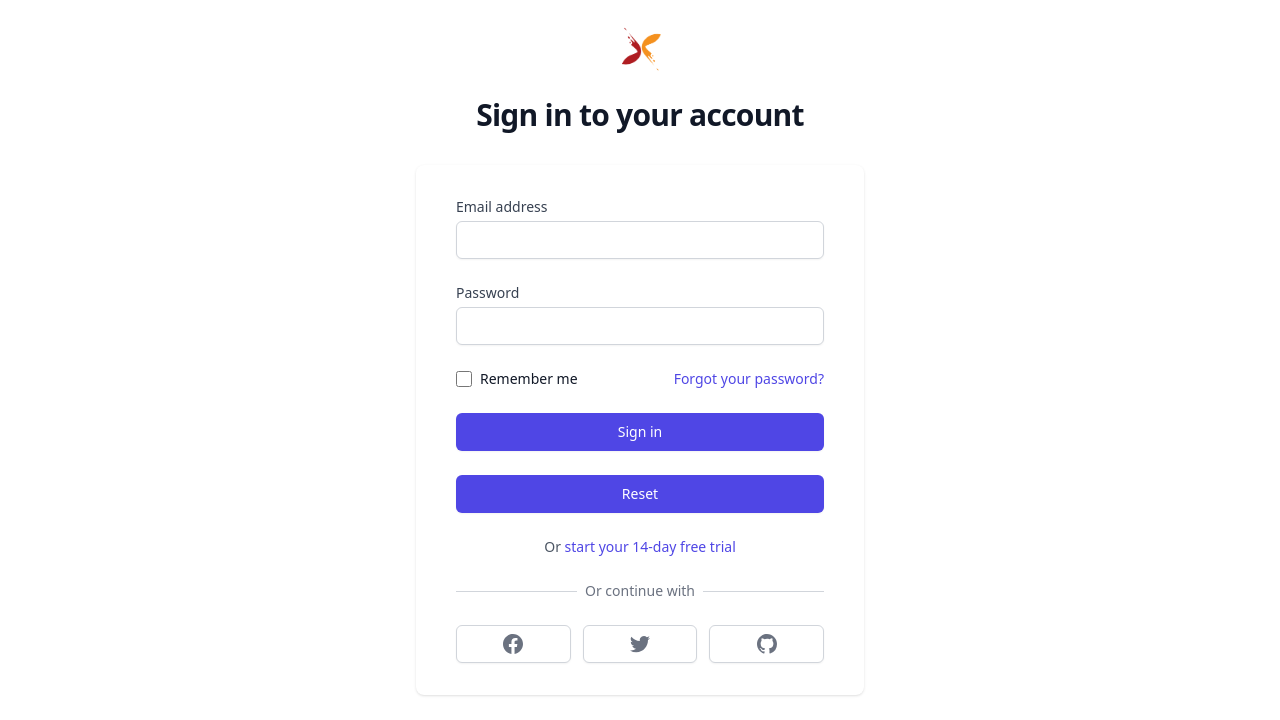
Repository: VinceBrun/medical-web3-app
Page: /login
These files come from the project's save history. The page is drawn as it stood at one moment and after a run of saves; the edit follows.
The browser window is 1280 px wide. The pictures show the whole page.
The project was rebuilt for these pictures with package versions that can differ from the ones it lists, and the page was loaded fresh each time. The framework's server and built-in components were replaced by stand-ins that run in the browser. Also part of the build but not shown: next.config.js.

Above is the page before, as saved 2023-01-16 18:51:24.

After the next 2 saves:
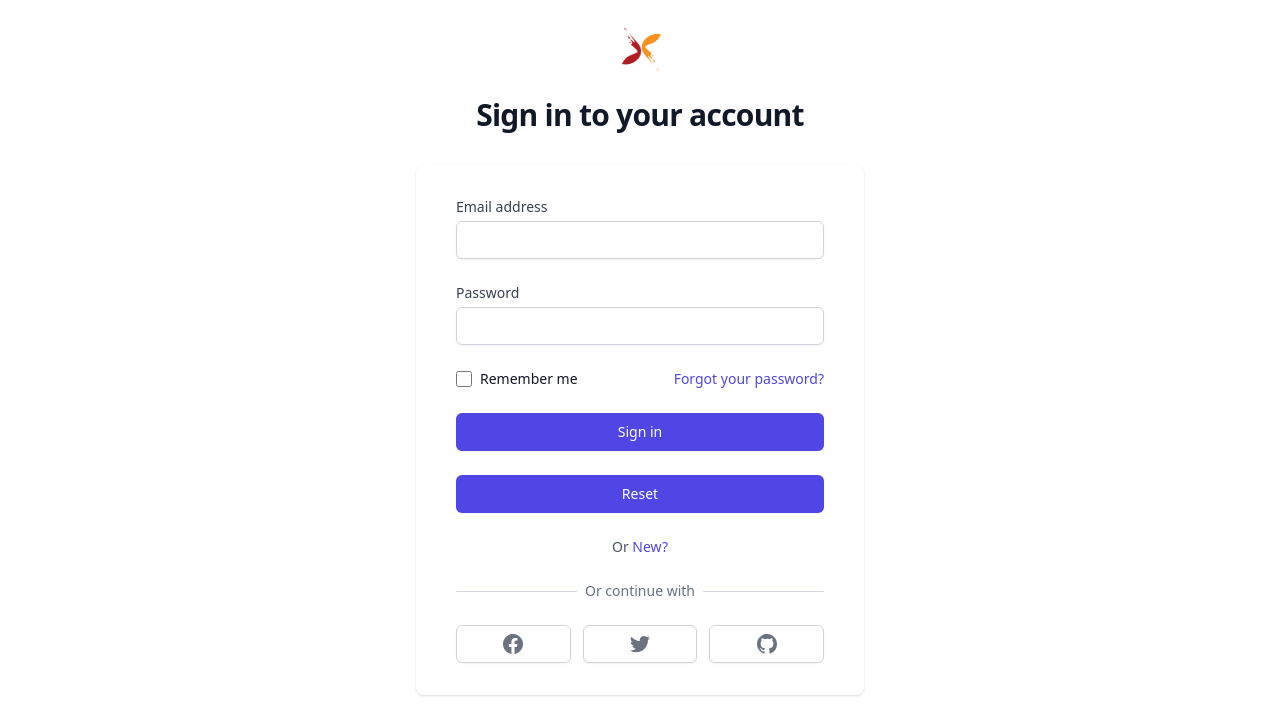
The 2 saves are shown as one change because they came seconds apart.
The last was saved 13 s later.
--- a/pages/login.jsx
+++ b/pages/login.jsx
@@ -89,7 +89,7 @@ export default function login() {
               <p className="mt-2 text-center text-sm text-gray-600">
             Or{' '}
             <a href="#" className="font-medium text-indigo-600 hover:text-indigo-500">
-              start your 14-day free trial
+              New?
             </a>
           </p>
             </form>
